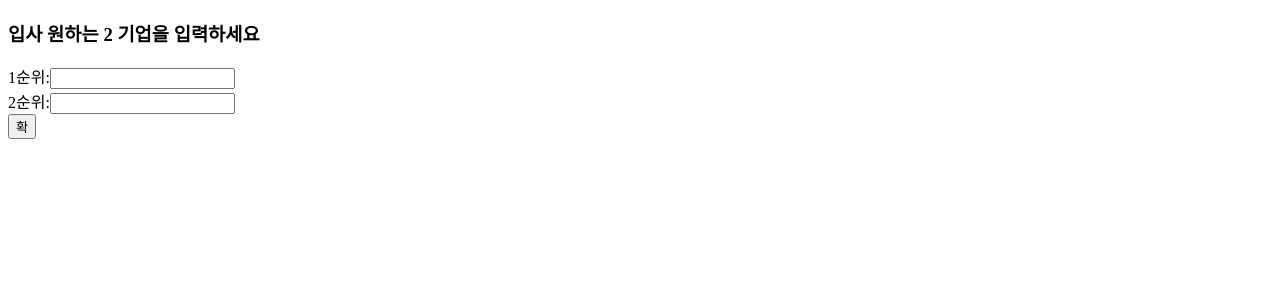
Repository: Hongjeongmin/university
Page: webprograming/test/test/WebContent/b.html
These files come from the project's save history. The page is drawn as it stood at one moment and after the next save; the edit follows.
The browser window is 1280 px wide. The pictures show the whole page.

Above is the page before, as saved 2018-09-13 05:38:26.

After the next save:
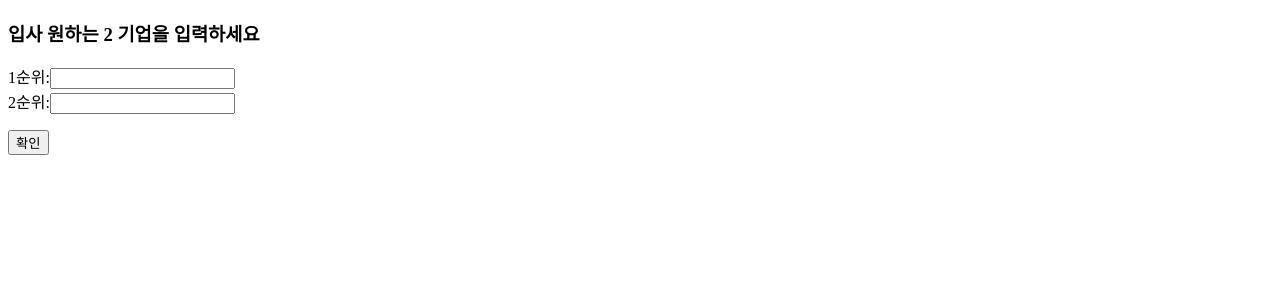
Saved 25 s later.
--- a/webprograming/test/test/WebContent/b.html
+++ b/webprograming/test/test/WebContent/b.html
@@ -8,7 +8,7 @@
 	<h3>입사 원하는 2 기업을 입력하세요</h3><p>
 
 	1순위:<input type="text" name="one"/><br>
-	2순위:<input type="text" name="two"/><br>
-<input type="submit" value="확"/>
+	2순위:<input type="text" name="two"/><p>
+<input type="submit" value="확인"/>
 </body>
 </html>
